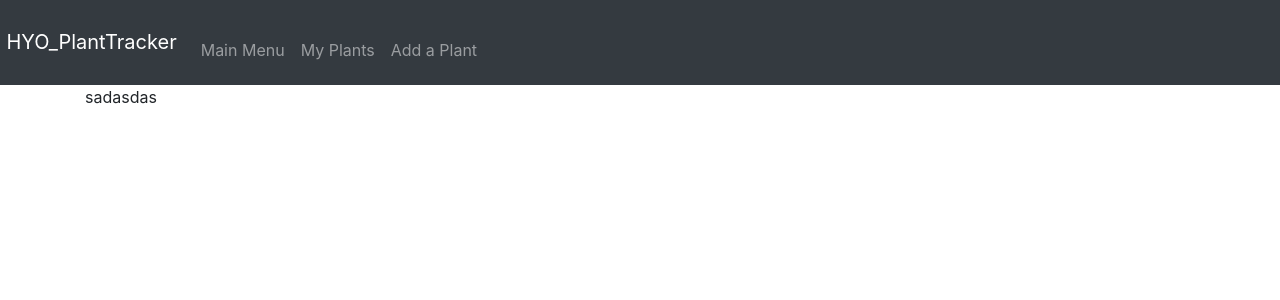
Repository: emersonwilliams/HYO_PlantTracker
Page: capstone_app/plant_tracker/templates/myplants.html
The author's editor kept a copy of each file at every save. The page is drawn from the files as they stood at one save, then again after a run of saves.
The browser window is 1280 px wide. The pictures show the whole page.

Above is the page before, as saved 2020-08-02 00:00:44.

### capstone_app/plant_tracker/templates/myplants.html
<!-- this is the page where you can see all of your plants -->

<!DOCTYPE html>
<html lang="en">
<head>
    <meta charset="UTF-8">
    <title>Title</title>

</head>

<body>
    <link rel="stylesheet" href="https://stackpath.bootstrapcdn.com/bootstrap/4.5.0/css/bootstrap.min.css" integrity="sha384-9aIt2nRpC12Uk9gS9baDl411NQApFmC26EwAOH8WgZl5MYYxFfc+NcPb1dKGj7Sk" crossorigin="anonymous">
    <script src="https://code.jquery.com/jquery-3.5.1.slim.min.js" integrity="sha384-DfXdz2htPH0lsSSs5nCTpuj/zy4C+OGpamoFVy38MVBnE+IbbVYUew+OrCXaRkfj" crossorigin="anonymous"></script>
    <script src="https://cdn.jsdelivr.net/npm/popper.js@1.16.0/dist/umd/popper.min.js" integrity="sha384-Q6E9RHvbIyZFJoft+2mJbHaEWldlvI9IOYy5n3zV9zzTtmI3UksdQRVvoxMfooAo" crossorigin="anonymous"></script>

    <link rel="stylesheet" type = "text/css" href='../static/css/myplants.css'>

    <nav class="navbar navbar-expand-lg navbar-dark bg-dark">
    <a class="navbar-brand" href="#">HYO_PlantTracker</a>
    <button class="navbar-toggler" type="button" data-toggle="collapse" data-target="#navbarNavAltMarkup" aria-controls="navbarNavAltMarkup" aria-expanded="false" aria-label="Toggle navigation">
      <span class="navbar-toggler-icon"></span>
    </button>
    <div class="collapse navbar-collapse" id="navbarNavAltMarkup">
      <div class="navbar-nav">
        <a class="nav-item nav-link  op1" href="#">Main Menu <span class="sr-only"></span></a>
        <a class="nav-item nav-link op1 " href="#">My Plants</a>
        <a class="nav-item nav-link op1" href="#">Add a Plant</a>
      </div>
    </div>
  </nav>

    <div class="container">
    <!-- Content here -->
    <div>sadasdas</div>

    </div>

</body>

</html>

### capstone_app/plant_tracker/static/css/myplants.css
.navbar{
    padding: 0.4em 0.4em 0.4em 0.4em;
}
.op1{
    padding: 2em 1em 1em 1em;
}

After the next 3 saves:
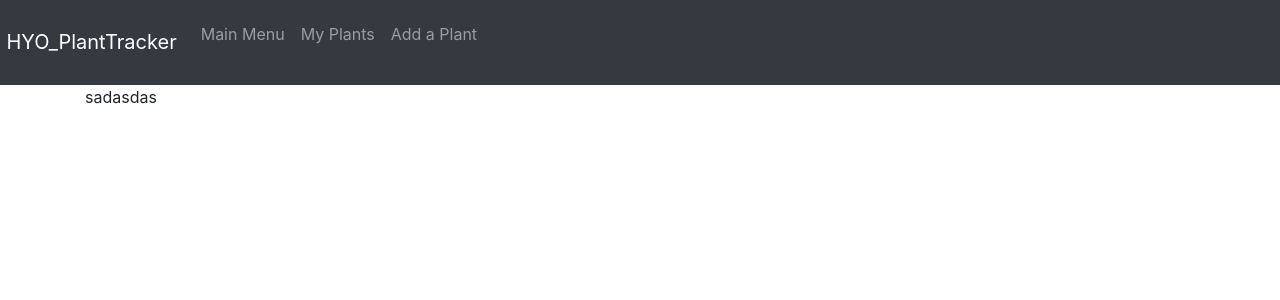
The 3 saves are shown as one change because they came seconds apart.
The last was saved 9 s later.
--- a/capstone_app/plant_tracker/static/css/myplants.css
+++ b/capstone_app/plant_tracker/static/css/myplants.css
@@ -2,5 +2,5 @@
     padding: 0.4em 0.4em 0.4em 0.4em;
 }
 .op1{
-    padding: 2em 1em 1em 1em;
+    padding: 1em 2em 2em 1em;
 }
